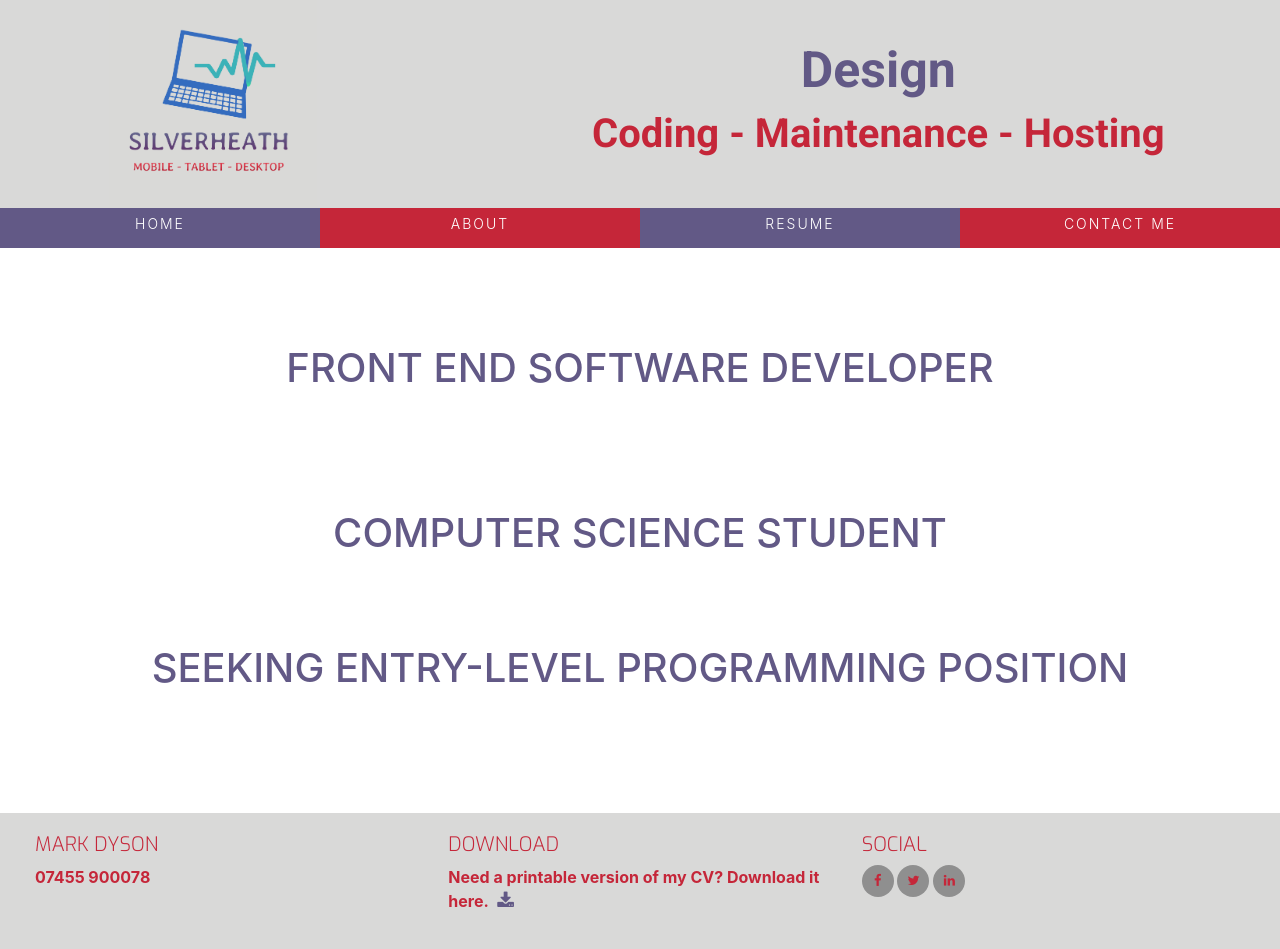
Repository: Code-Institute-Submissions/silverheath
Page: index.html
The author's editor kept a record of every edit. The page is drawn from the files as they stood at one moment, then again after the next edit.
The browser window is 1280 px wide. The pictures show the whole page.
Some web libraries are served in a nearby version.

Above is the page before.

After the next edit:
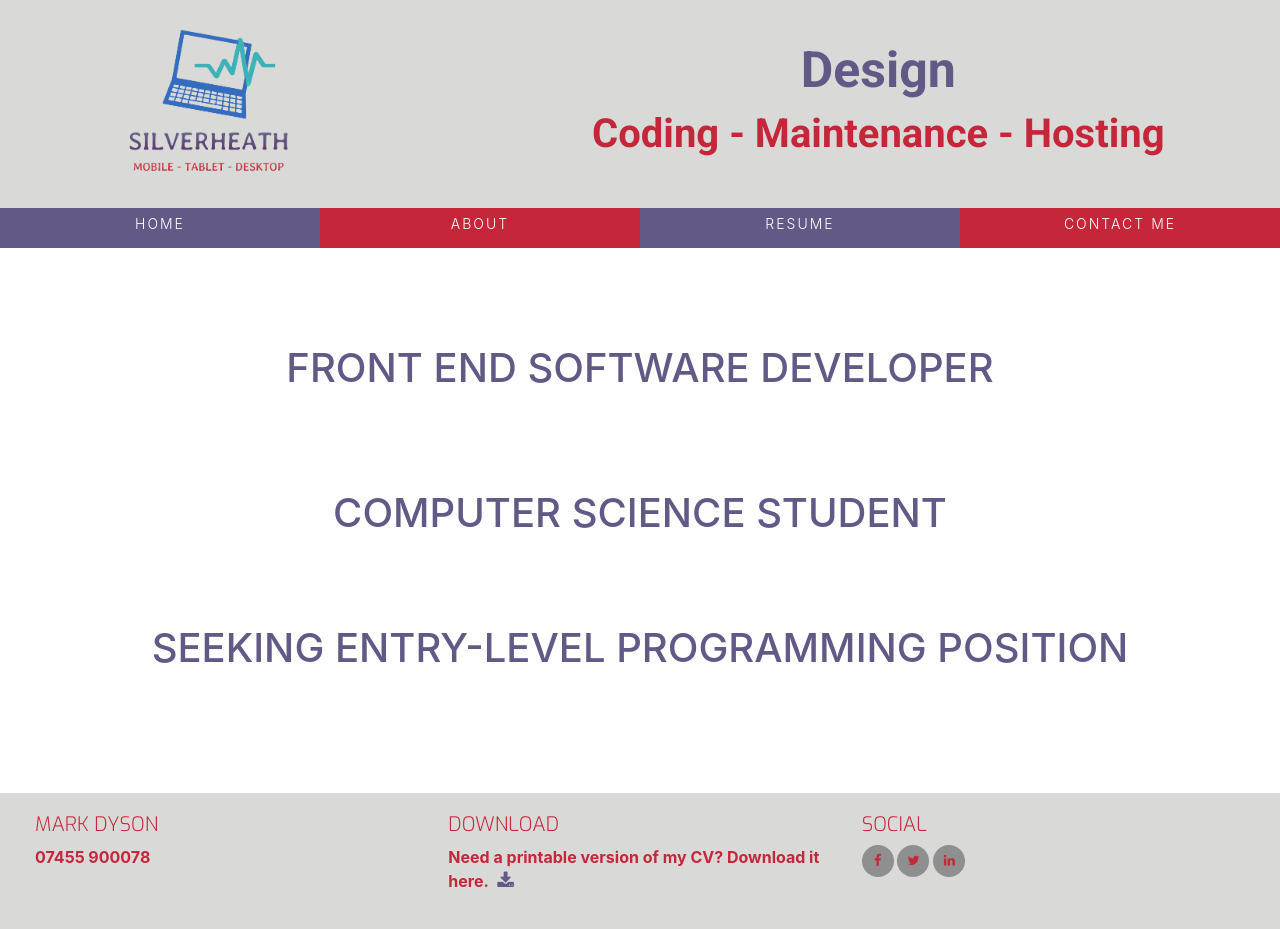
The edit:
--- a/assets/css/style.css
+++ b/assets/css/style.css
@@ -220,7 +220,7 @@
 }
 
 .middleline {
-    padding-top: 30px;
+    padding-top: 10px;
     padding-bottom: 10px;
     margin-bottom: 15px;
     margin-left: 200;
